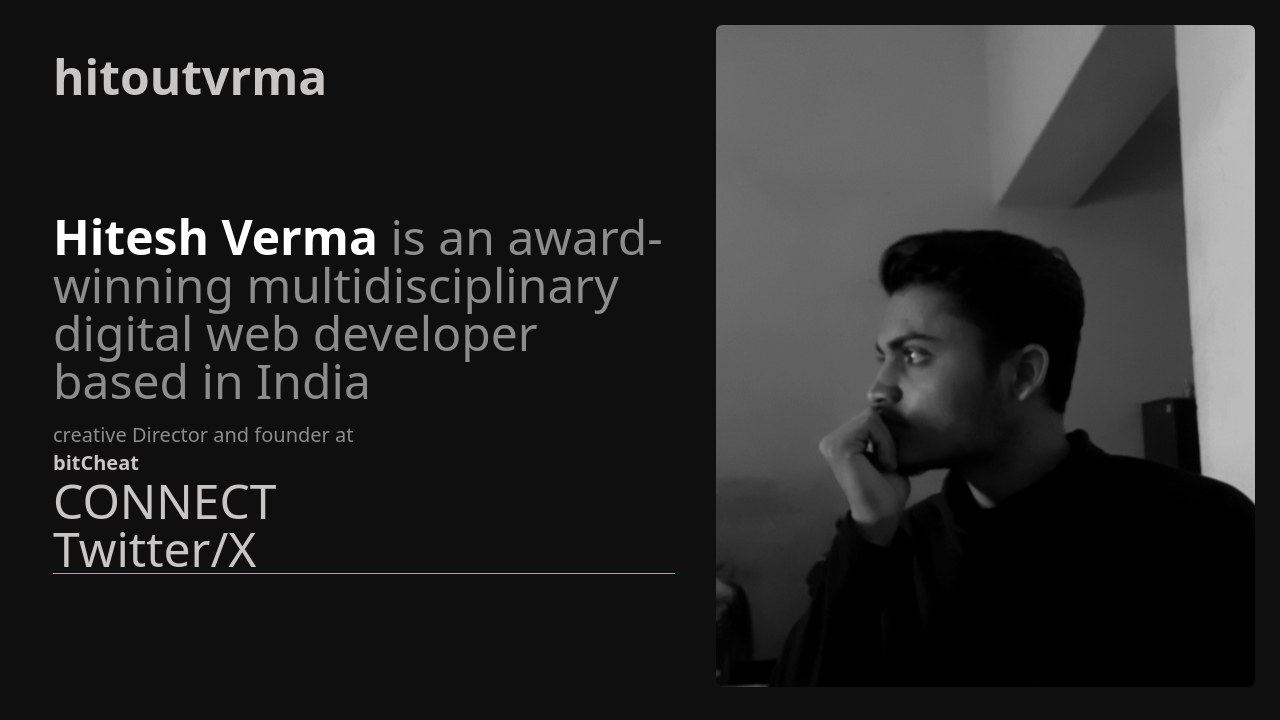
Repository: hitoutvrma/portfolio
Page: /
These files come from the project's save history. The page is drawn as it stood at one moment and after the next save; the edit follows.
The browser window is 1280 px wide. The pictures show the whole page.
The project was rebuilt for these pictures with package versions that can differ from the ones it lists, and the page was loaded fresh each time. Also part of the build but not shown: vite.config.js.

Above is the page before, as saved 2025-03-07 01:12:29.

After the next save:
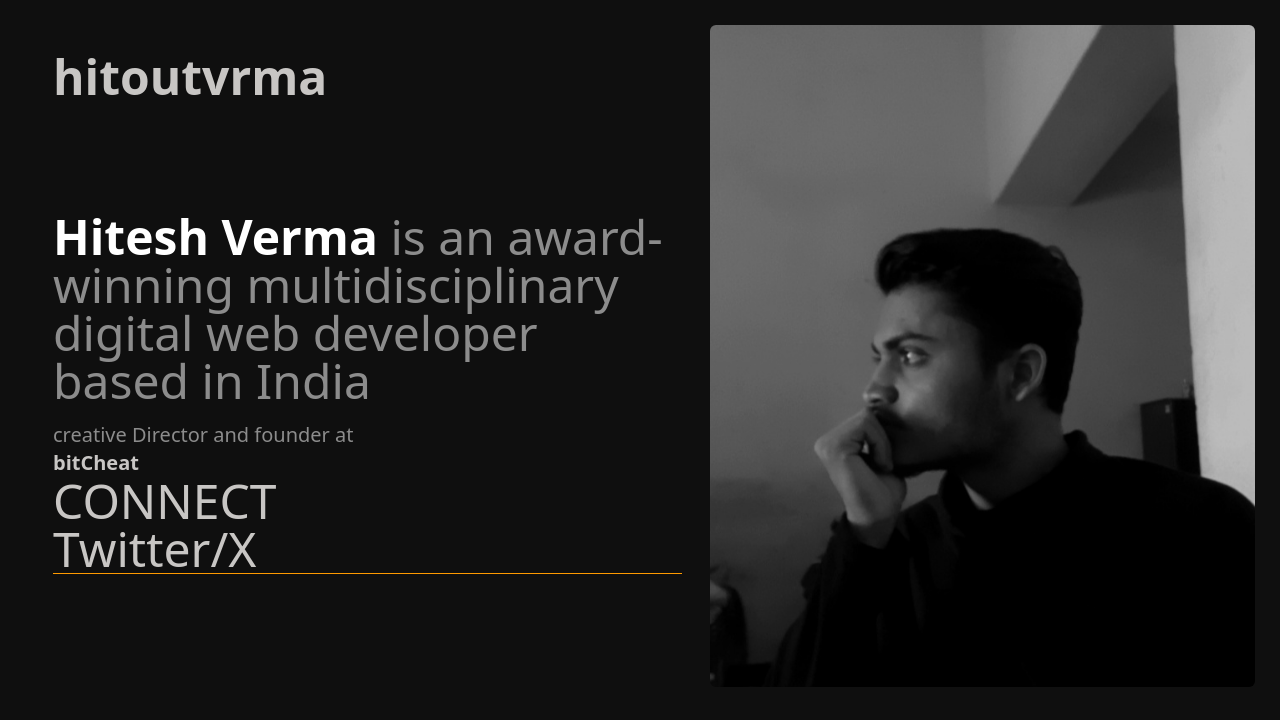
Saved 26 s later.
--- a/src/App.jsx
+++ b/src/App.jsx
@@ -18,7 +18,7 @@ function App() {
           <div className='w-full h-[0.1vh] bg-amber-500'></div>
         </div>
         </div>
-        <div style={{ backgroundImage: "url('/user.jpg')" }} className='sm:ml-[1vw] bg-cover bg-center w-[43vw] h-[92vh]  bg-[#3a3a3a] rounded-md'>
+        <div style={{ backgroundImage: "url('/user.jpg')" }} className='sm:ml-[0vw] bg-cover bg-center w-[43vw] h-[92vh]  bg-[#3a3a3a] rounded-md'>
         </div>
       </div>
 
